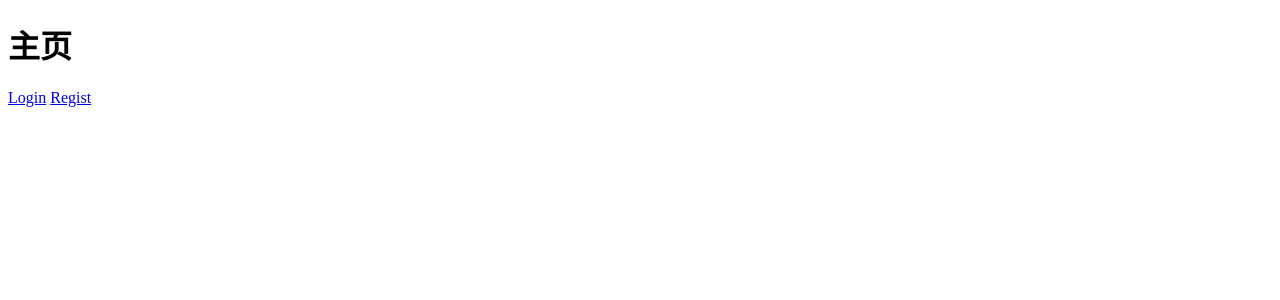
Repository: freshbirdha/code
Page: mvc/src/main/webapp/index.html
An editor plug-in stored every save of this project. The page is shown before and after the next save, followed by the edit.
The browser window is 1280 px wide. The pictures show the whole page.

Above is the page before, as saved 2023-07-13 11:20:48.

After the next save:
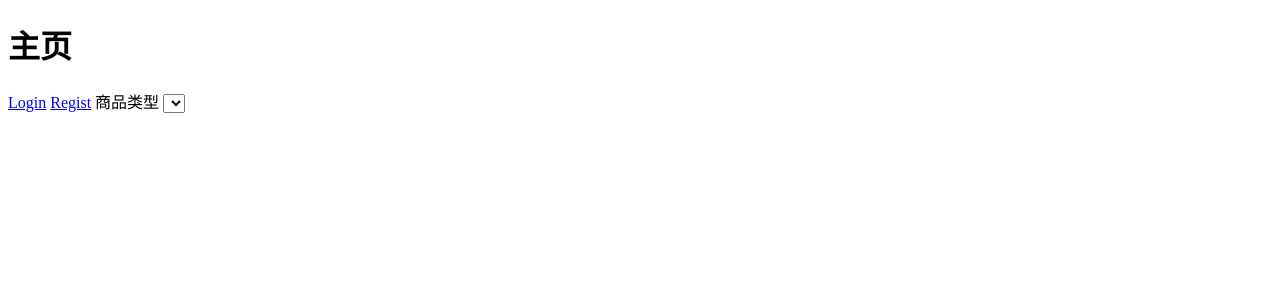
Saved 5 min 15 s later.
--- a/mvc/src/main/webapp/index.html
+++ b/mvc/src/main/webapp/index.html
@@ -8,5 +8,7 @@
 <h1>主页</h1>
 <a href="login.jsp">Login</a>
 <a href="regist.jsp">Regist</a>
+<label>商品类型</label>
+<select id="tags" name="tag"></select>
 </body>
 </html>
